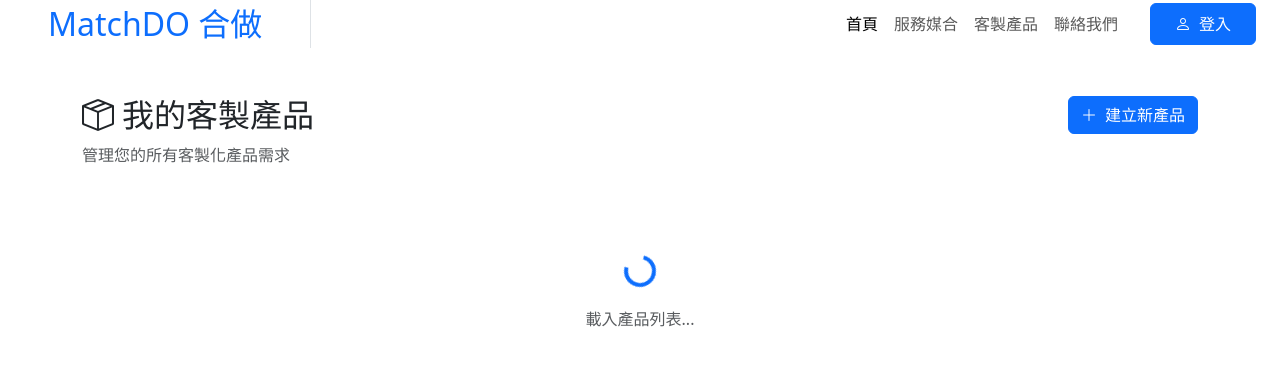
Repository: taskmatching-stack/matchdo
Page: public/iStudio-1.0.0/client/my-custom-products.html
The author's editor kept a copy of each file at every save. The page is drawn from the files as they stood at one save, then again after the next save.
The browser window is 1280 px wide. The pictures show the whole page.

Above is the page before, as saved 2026-02-05 02:26:44.
Console error: ReferenceError: supabase is not defined

After the next save:
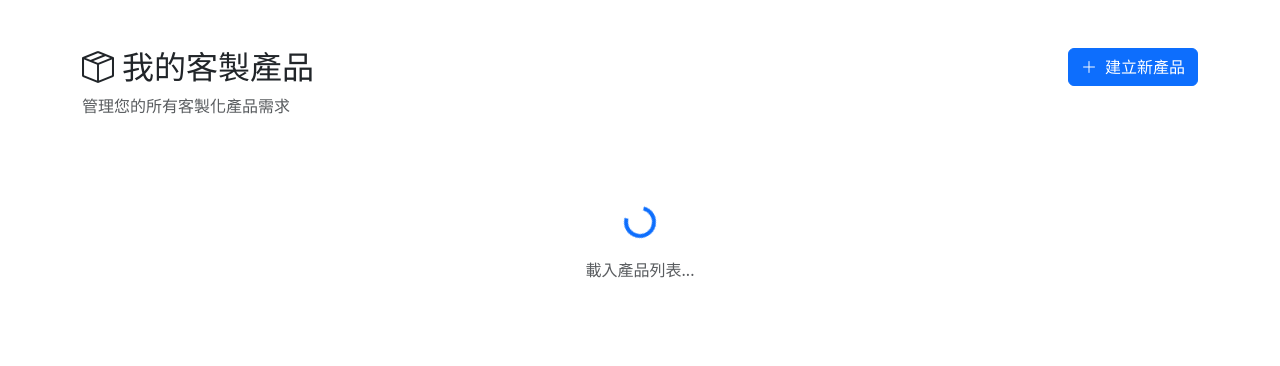
Saved 78 s later.
--- a/public/iStudio-1.0.0/js/site-header.js
+++ b/public/iStudio-1.0.0/js/site-header.js
@@ -2,6 +2,8 @@
  * 網站共用導航系統
  * 根據登入狀態顯示不同選單
  */
+
+import { AuthService } from '/config/auth-config.js';
 
 document.addEventListener('DOMContentLoaded', async () => {
     await loadSiteHeader();
@@ -12,7 +14,7 @@ async function loadSiteHeader() {
     if (!headerContainer) return;
 
     // 檢查登入狀態
-    const user = await (window.AuthService ? AuthService.getCurrentUser() : null);
+    const user = await AuthService.getCurrentUser();
 
     const navHTML = `
         <!-- Navbar Start -->
